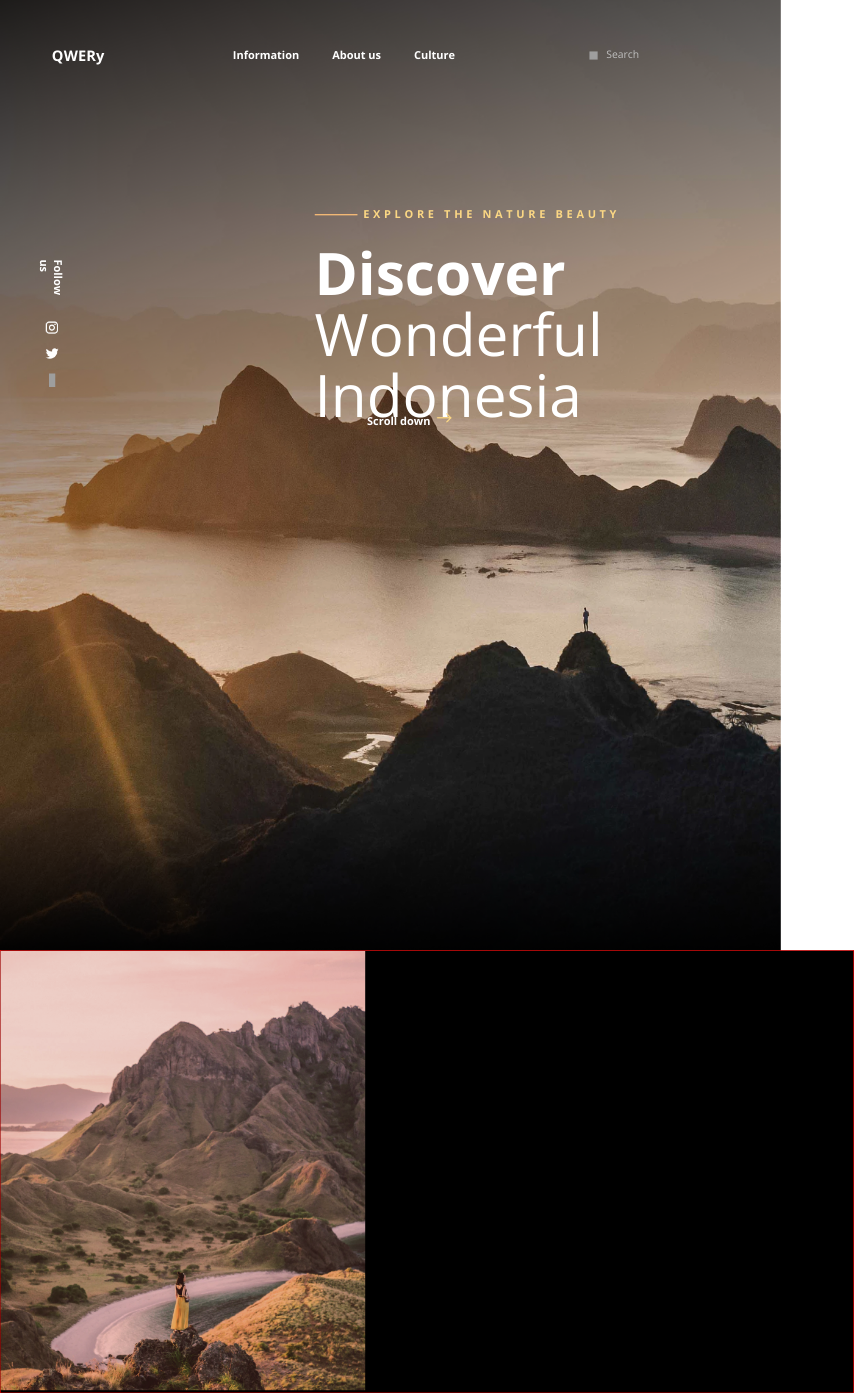
Repository: AndreyMykulych/user_home_work_Mykulych
Page: 6/index.html
An editor plug-in stored every save of this project. The page is shown before and after the next save, followed by the edit.
The browser window is 1280 px wide. The page is 1400 px wide, so the pictures cover 1400 px, including what lies to the right of the window. The pictures show the whole page, at 61% of full size.
Pictures or frames that could not be fetched are drawn as grey boxes.

Above is the page before, as saved 2023-03-11 12:22:46.

### 6/index.html
<!DOCTYPE html>
<html lang="en">
<head>
    <meta charset="UTF-8">
    <meta http-equiv="X-UA-Compatible" content="IE=edge">
    <meta name="viewport" content="width=device-width, initial-scale=1.0">
    <title>Document</title>
    <link rel="stylesheet" href="style/normalize.css">
    <link rel="stylesheet" href="style/style.css">
    <link rel="preconnect" href="https://fonts.googleapis.com">
<link rel="preconnect" href="https://fonts.gstatic.com" crossorigin>
<link href="https://fonts.googleapis.com/css2?family=Cinzel&family=Roboto:wght@300;400&family=Zilla+Slab:wght@300&display=swap" rel="stylesheet">
<link rel="preconnect" href="https://fonts.googleapis.com">
<link rel="preconnect" href="https://fonts.gstatic.com" crossorigin>
<link href="https://fonts.googleapis.com/css2?family=Cinzel&family=Open+Sans:wght@700&family=Roboto:wght@300;400&family=Zilla+Slab:wght@300&display=swap" rel="stylesheet">
<link rel="preconnect" href="https://fonts.googleapis.com">
<link rel="preconnect" href="https://fonts.gstatic.com" crossorigin>
<link href="https://fonts.googleapis.com/css2?family=Cinzel&family=Open+Sans:ital,wght@0,700;1,600&family=Roboto:wght@300;400&family=Zilla+Slab:wght@300&display=swap" rel="stylesheet">
<link rel="preconnect" href="https://fonts.googleapis.com">
<link rel="preconnect" href="https://fonts.gstatic.com" crossorigin>
<link href="https://fonts.googleapis.com/css2?family=Cinzel&family=Open+Sans:ital,wght@0,300;0,700;1,600&family=Roboto:wght@300;400&family=Zilla+Slab:wght@300&display=swap" rel="stylesheet">
</head>
<body>

           <div class="first-block">
               <header class="head">
                   <h1>QWERy</h1>
                   <div class="menu">
                   <ul>
                       <li><a href="#">Information</a></li>
                       <li><a href="#">About us</a></li>
                       <li><a href="#">Culture</a></li>
                   </ul>
                </div>
                <div class="search_btn">
                    <img src="img/search.png" alt="search">
                    <input type="search" placeholder="Search">
                </div>
               </header>
               <section1>
                   <div class="leftbar">
                       <p>Follow us</p>
                       <img class="inst" src="img/Inst.png" alt="Inst">
                       <img class="twit" src="img/twit.png" alt="twit">
                       <img class="fb"   src="img/fb.png"   alt="fb">
                   </div>
                   <div class="discover">
                       <!-- <img src="img/line.png" alt="line"> -->
                       <p class="Explore">Explore the Nature Beauty</p>
                       <h1>Discover</h1>
                       <h2>Wonderful Indonesia</h2>
                   </div>
               </section1>
               <div class="scroll_down">
                <p>Scroll down</p>
            </div>
           </div>
 <div class="all_content">
               <div class="second_content">
                <img  class="east_photo" src="img/firstphoto.png" alt="">
               </div>
</div>

</body>
</html>

### 6/style/style.css
*{
    box-sizing: border-box;
}

:root{
    --orange-color:rgba(251, 215, 132, 1);
    --black-color:rgba(0, 0, 0, 1)
}
.first-block{

    height: 1558px;
    padding: 0;
    margin-top: 0;
    background-image: url("../img/firstbg.png");
  background-repeat: no-repeat;
  background-size: auto;

}

.head {
    display: flex;
    margin: 0px 84px 0px 85px;
    padding-top: 58px;
    justify-content: space-between;
    align-items: center;
}
.head h1{
    font-family: 'Open Sans';
font-style: normal;
font-weight: 700;
font-size: 24px;
line-height: 33px;
letter-spacing: 0.01em;
text-transform: capitalize;
color: #FFFFFF;
}
ul li{
    list-style: none;
    display: inline-block;
    padding-right: 50px;

}
ul li a{
    font-family: 'Open Sans';
font-style: normal;
font-weight: 600;
font-size: 18px;
line-height: 25px;
color: #FFFFFF;
}
a{
    text-decoration: none;
}
.search_btn{
    display: flex;
    justify-content: space-between;
   width: 230px;
   align-items: center;
}
.search_btn img{
    width: 14px;
    height: 14px;
}
.search_btn input {
    background: transparent;
    border: none;

}
.search_btn ::placeholder {

font-family: 'Open Sans';
font-style: normal;
font-weight: 400;
font-size: 17px;
line-height: 23px;

color: #C0C0C0;
}
section1{
    display: flex;
    flex-direction: row;
    width: 100%;
  height: 230px;
  margin-top: 198px;
}
.leftbar p{
    font-size: 20px;
    transform: rotate(90deg);
}
.leftbar{
    width:90px;
    height: 250px;
    display: flex;
   flex-direction: column;
    height: 214px;
    align-items: center;
    margin-top: 100px;
     margin-left: 46px;
     justify-content: space-between;
}
.leftbar img{
    margin-left: 5px;
}
.leftbar .inst{
    width: 20px;
    height: auto;
}
.leftbar .fb{
    width: 11px;
    height: 23px;
}
.leftbar .twit{
    width: 20.92px;
    height: 17px;
}
.leftbar p{
    font-family: 'Open Sans';
font-style: normal;
font-weight: 600;
font-size: 18px;
line-height: 23px;
color: #FFFFFF;
transform: rotate(90deg);
}
.discover{
    margin-left: 396px;
    position: relative;
    margin-bottom: 0;
    padding-bottom: 0;
}
.discover p{

    display: flex;
    align-items: center;
    font-family: 'Open Sans';
font-style: normal;
font-weight: 700;
font-size: 18px;
line-height: 25px;
letter-spacing: 6px;
text-transform: uppercase;
color: var(--orange-color);
}

.discover p::before {
    content: "";
    display: block;
    width: 70px;
    height: 2px;
    background-image: url("../img/line.png");
    margin-right: 10px;
  }
.discover h1{
    font-family: 'Open Sans';
font-style: normal;
font-weight: 700;
font-size: 96px;
line-height: 100px;
text-transform: capitalize;
color: #FFFFFF;
flex: none;
order: 1;
flex-grow: 0;
margin-bottom: 0;
margin-top: 32px;
}
.discover h2{
    font-family: 'Open Sans';
    font-style: normal;
    font-weight: 300;
    font-size: 96px;
    line-height: 100px;
    color: #FFFFFF;
    text-transform: capitalize;
    margin:0;
}
.scroll_down{
    margin-left: 47%;
margin-top: 126px;
}
.scroll_down p{
    font-family: 'Open Sans';
font-style: normal;
font-weight: 600;
font-size: 18px;
line-height: 25px;
color: #FFFFFF;
}
.scroll_down p::after{
    position: absolute;
    display: inline-block;
    content: "";
    width: 100px;
    height: 40px;
    margin-left: 10px;
    background-image: url("../img/arrow_downward_24px.png");
    background-repeat: no-repeat;
}

.all_content{
    position: relative;
    width: 100%;
    height: auto;
    background-color: var(--black-color)
}
.second_content{
    position: relative;
    border: 1px solid red;
    margin: 0 auto;
    width: 1400px;
    background-color: var(--black-color);
}
 .east_photo{
    position: inherit;
    top: -8%;
}
@media only screen
and (min-device-width: 768px)
and (max-device-width: 1024px)
and (orientation: portrait) {
 .first-block{
     height: 1180px;
 }
}

Loaded but not shown: 6/style/normalize.css (library)

After the next save:
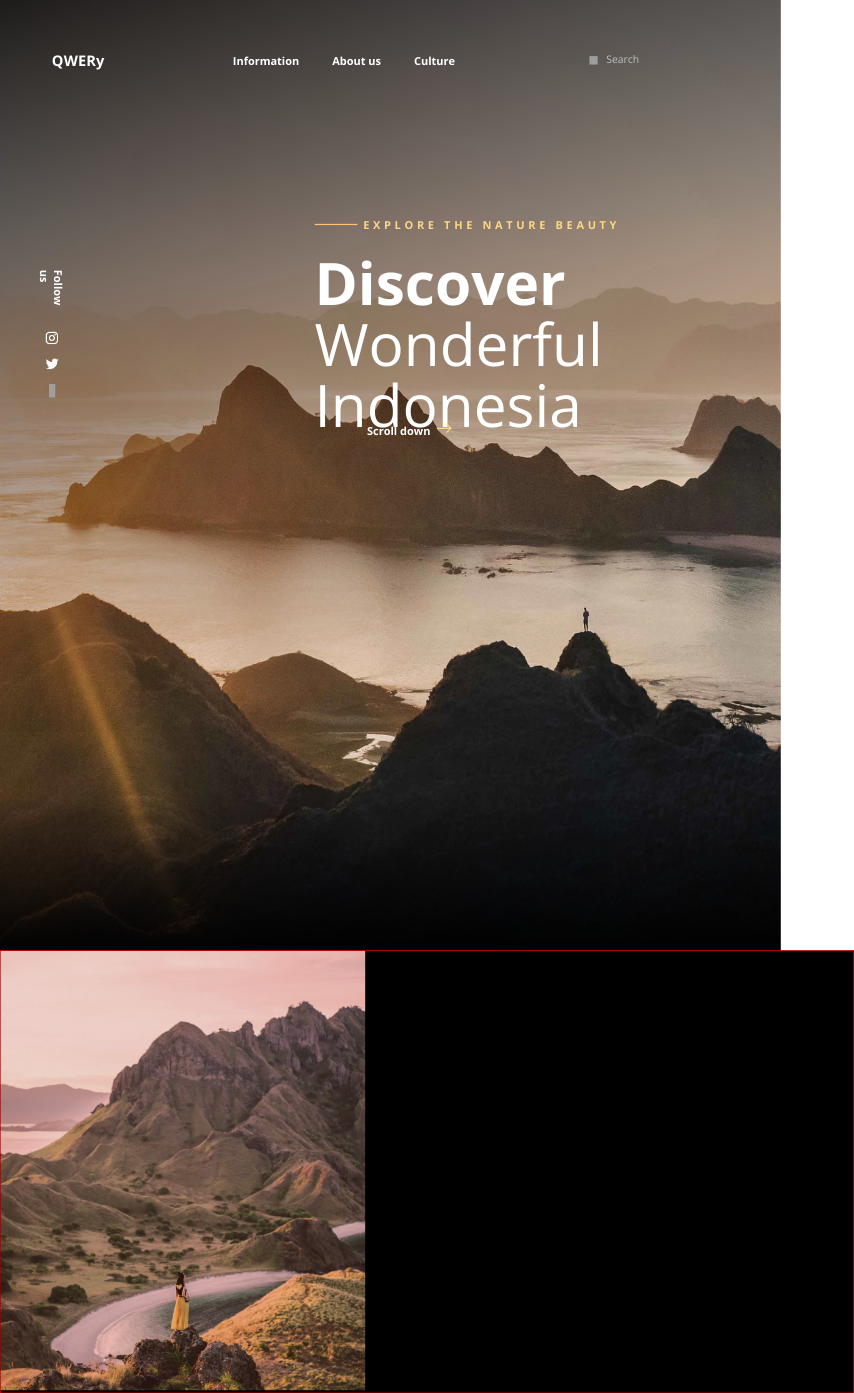
Saved 6 min 2 s later.
--- a/6/style/style.css
+++ b/6/style/style.css
@@ -28,8 +28,8 @@
     font-family: 'Open Sans';
 font-style: normal;
 font-weight: 700;
-font-size: 24px;
-line-height: 33px;
+font-size: 1.5em;
+line-height: 2.0625em;
 letter-spacing: 0.01em;
 text-transform: capitalize;
 color: #FFFFFF;
@@ -44,8 +44,8 @@ ul li a{
     font-family: 'Open Sans';
 font-style: normal;
 font-weight: 600;
-font-size: 18px;
-line-height: 25px;
+font-size: 1.125em;
+line-height: 1.5625em;
 color: #FFFFFF;
 }
 a{
@@ -54,12 +54,12 @@ a{
 .search_btn{
     display: flex;
     justify-content: space-between;
-   width: 230px;
+   width: 14.375em;
    align-items: center;
 }
 .search_btn img{
-    width: 14px;
-    height: 14px;
+    width: 0.875em;
+    height: 0.875em;
 }
 .search_btn input {
     background: transparent;
